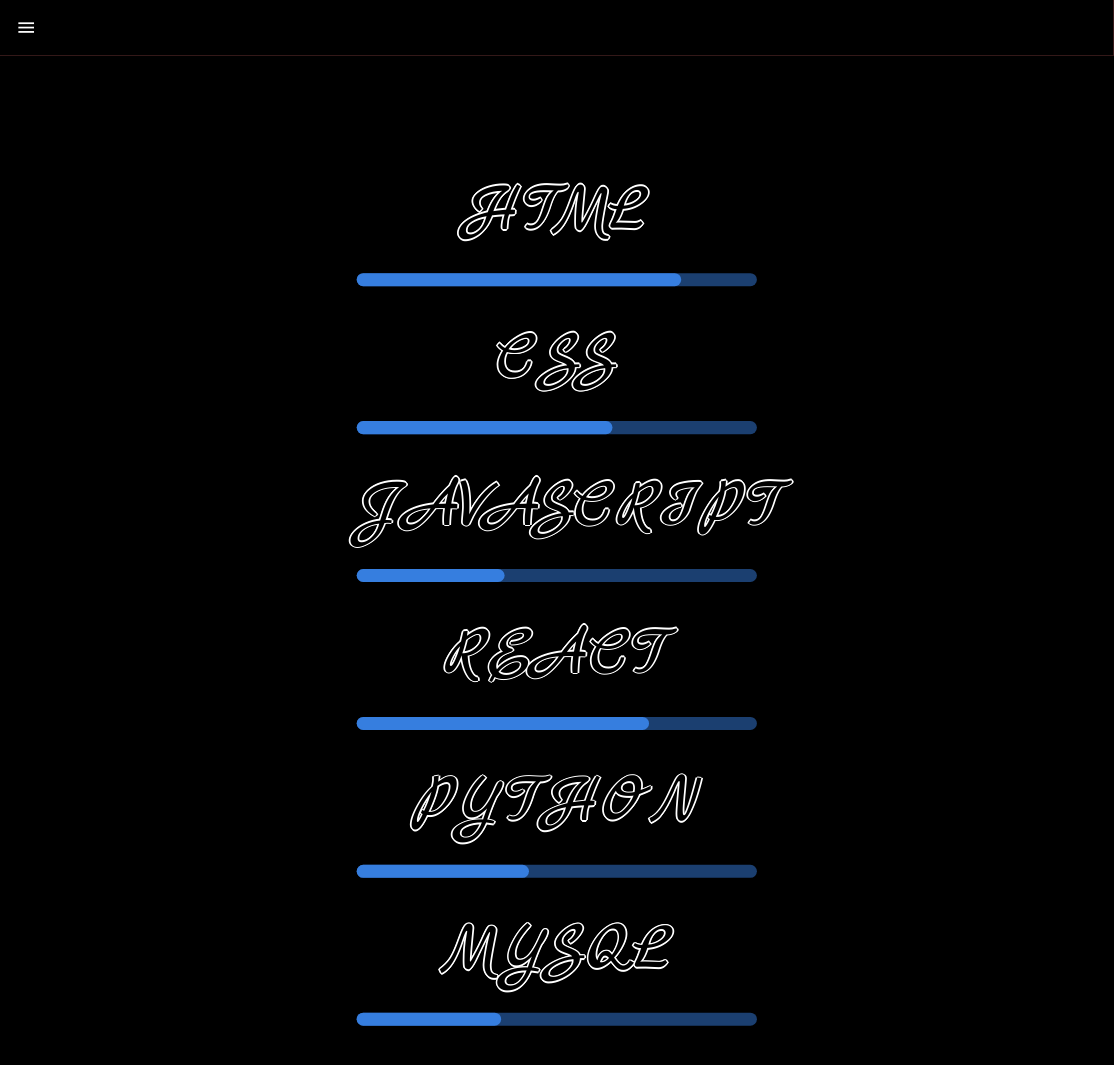
Repository: Ajtheult/portfolio.v3
Page: /skills
These files come from the project's save history. The page is drawn as it stood at one moment and after the next save; the edit follows.
The browser window is 1280 px wide. The pictures show the whole page, at 87% of full size.
Some web fonts or font styles are not loaded; a fallback is used. The project was rebuilt for these pictures with package versions that can differ from the ones it lists, and the page was loaded fresh each time. Also part of the build but not shown: src/components/layout/pages/Home.js, src/components/layout/pages/MyWork.js, src/components/layout/pages/Testimonials.js.

Above is the page before, as saved 2020-07-19 17:41:17.

### public/index.html
<!DOCTYPE html>
<html lang="en">
  <head>
    <meta charset="utf-8" />
    <link rel="icon" href="%PUBLIC_URL%/favicon.ico" />
    <meta name="viewport" content="width=device-width, initial-scale=1" />
    <meta name="theme-color" content="#000000" />
    <meta
      name="description"
      content="Web site created using create-react-app"
    />

    <link rel="manifest" href="%PUBLIC_URL%/manifest.json" />
    <link
      href="https://fonts.googleapis.com/css2?family=Marck+Script&display=swap"
      rel="stylesheet"
    />
    <link
      href="https://fonts.googleapis.com/css2?family=Gruppo&display=swap"
      rel="stylesheet"
    />
    <link rel="manifest" href="%PUBLIC_URL%/manifest.json" />

    <link
      rel="stylesheet"
      href="https://fonts.googleapis.com/icon?family=Material+Icons"
    />

    <link
      rel="stylesheet"
      href="https://use.fontawesome.com/releases/v5.7.2/css/all.css"
      integrity="sha384-fnmOCqbTlWIlj8LyTjo7mOUStjsKC4pOpQbqyi7RrhN7udi9RwhKkMHpvLbHG9Sr"
      crossorigin="anonymous"
    />
    <title>Portfolio.v3</title>
  </head>
  <body>
    <noscript>You need to enable JavaScript to run this app.</noscript>
    <div id="root"></div>
  </body>
</html>

### src/index.js
import React from "react";
import ReactDOM from "react-dom";
import App from "./App";
import "materialize-css/dist/css/materialize.min.css";

ReactDOM.render(
  <React.StrictMode>
    <App />
  </React.StrictMode>,
  document.getElementById("root")
);

### src/App.js
import React from "react";

import { Home } from "./components/layout/pages/Home";
import { Skills } from "./components/layout/pages/Skills";
import { MyWork } from "./components/layout/pages/MyWork";
import { Testimonials } from "./components/layout/pages/Testimonials";
import Navbar from "./components/layout/navbar/Navbar";

import { BrowserRouter as Router, Route, Switch } from "react-router-dom";
import "./App.css";

function App() {
  return (
    <Router>
      <div className="App">
        <Navbar />

        <Switch>
          <Route exact path="/portfolio-v3" component={Home} />
          <Route path="/skills" component={Skills} />
          <Route path="/mywork" component={MyWork} />
          <Route path="/testimonials" component={Testimonials} />
        </Switch>
      </div>
    </Router>
  );
}

export default App;

### src/components/layout/pages/Skills.js
import React from "react";
import "../../../App.css";
export const Skills = () => {
  return (
    <div class="containing_skills">
      <ul>
        <li className="html skills_li skills_text">HTML</li>
        <li className="css skills_li skills_text">CSS</li>
        <li className="js skills_li skills_text">JavaScript</li>
        <li className="react skills_li skills_text">React</li>
        <li className="py skills_li skills_text">Python</li>
        <li className="sql skills_li skills_text">mySQL</li>
      </ul>
    </div>
  );
};

### src/components/layout/navbar/Navbar.js
/* eslint-disable no-unused-vars */
import React, { Component } from "react";
import M from "materialize-css/dist/js/materialize.min.js";
import me from "./me.jpg";
import music from "./music.jpg";
import "../../../App.css";
import { Link } from "react-router-dom";

export class Navbar extends Component {
  componentDidMount() {
    document.addEventListener("DOMContentLoaded", function () {
      var elems = document.querySelectorAll(".sidenav");
      var instances = M.Sidenav.init(elems, {});
    });
  }

  render() {
    return (
      <div>
        <nav>
          <div className="nav-wrapper colour">
            <a
              href="#home"
              data-target="slide-out"
              className="sidenav-trigger show-on-large"
            >
              <i className="material-icons">menu</i>
            </a>
          </div>
        </nav>

        <ul id="slide-out" className="sidenav">
          <li>
            <div className="user-view">
              <div className="background">
                <img className="background_img" src={music} alt="img" />
              </div>

              <img className="circle" src={me} alt="img of me" />

              <span className="black-text name move_me">Asaph Franks</span>

              <span className="black-text email  move_me">
                Asaphfranksboi@gmail.com
              </span>
            </div>
            {/* Change font so that the name can be better read */}
          </li>
          <Link to="/portfolio-v3">
            <br />
            <li className="colour_of_nav">Home</li>
          </Link>{" "}
          <br />
          <Link to="/skills">
            <li className="colour_of_nav">Skills</li>
          </Link>
          <br />
          <Link to="/mywork">
            <li className="colour_of_nav">Work</li>
          </Link>
          <br />
          <Link to="/testimonials">
            <li className="colour_of_nav">Testimonials</li>
          </Link>
        </ul>
      </div>
    );
  }
}

export default Navbar;

### src/App.css
.App {
  text-align: center;
}

body {
  background-color: black;
  color: white;
}
.background_img {
  width: 100%;
  height: 100%;
}

.move_me {
  text-align: left;
}

.colour {
  background-color: black;
}

img.bg {
  /* Set rules to fill background */
  min-height: 100%;
  min-width: 1024px;

  /* Set up proportionate scaling */
  width: 100%;
  height: auto;

  /* Set up positioning */
  position: fixed;
  top: 0;
  left: 0;
  z-index: -1;
}

div.admin-bg {
  /* Set up positioning */
  position: fixed;
  top: 0;
  left: 0;
  z-index: -1;
  background-color: black;
}

@media screen and (max-width: 1024px) {
  /* Specific to this particular image */
  img.bg {
    left: 50%;
    margin-left: -512px; /* 50% */
  }
}

.intro_name_top {
  font-family: "Marck Script", cursive;
  font-size: 130px;
  color: black;
  text-shadow: 2px 0 0 #fff, -2px 0 0 #fff, 0 2px 0 #fff, 0 -2px 0 #fff,
    1px 1px #fff, -1px -1px 0 #fff, 1px -1px 0 #fff, -1px 1px 0 #fff;
}
.testimonial_title {
  font-family: "Marck Script", cursive;
  color: black;
  font-size: 80px;
  text-shadow: 2px 0 0 #fff, -2px 0 0 #fff, 0 2px 0 #fff, 0 -2px 0 #fff,
    1px 1px #fff, -1px -1px 0 #fff, 1px -1px 0 #fff, -1px 1px 0 #fff;
}

.intro_name_bottom {
  font-size: 60px;
  color: #000000;
  font-weight: bold;
  text-shadow: 2px 0 0 #fff, -2px 0 0 #fff, 0 2px 0 #fff, 0 -2px 0 #fff,
    1px 1px #fff, -1px -1px 0 #fff, 1px -1px 0 #fff, -1px 1px 0 #fff;
  font-family: "Gruppo", cursive;
}

.logos {
  text-align: left;
  font-size: 30px;
}

.contact-title {
  margin-top: -5px;
  font-family: "Marck Script", cursive;
  font-size: 90px;
  color: black;
  text-shadow: 2px 0 0 #fff, -2px 0 0 #fff, 0 2px 0 #fff, 0 -2px 0 #fff,
    1px 1px #fff, -1px -1px 0 #fff, 1px -1px 0 #fff, -1px 1px 0 #fff;
}

.about-title {
  margin-top: 1px;
  font-family: "Marck Script", cursive;
  font-size: 80px;
  color: black;
  text-shadow: 2px 0 0 #fff, -2px 0 0 #fff, 0 2px 0 #fff, 0 -2px 0 #fff,
    1px 1px #fff, -1px -1px 0 #fff, 1px -1px 0 #fff, -1px 1px 0 #fff;
}

.student_bio {
  margin-top: 2%;
  font-size: 23px;
}

.big_frontend {
  font-size: 40px;
  font-family: "Gruppo", cursive;
}

.move_the_name {
  margin-top: -12px;
  font-size: 20px;
  font-weight: bold;
}

.enlarge_paragraph {
  font-size: 22px;
  font-family: "Times New Roman", Times, serif;
}

.my_info {
  font-size: 30px;
  text-align: left;
  font-family: "Gruppo", cursive;
}

.my_info_2 {
  font-size: 20px;
  text-align: left;
  line-height: 8px;
  font-family: "Times New Roman", Times, serif;
}

.my_info_3 {
  font-size: 25px;
  text-align: left;
  line-height: 8px;
  font-family: "Times New Roman", Times, serif;
}

.black_text {
  color: black;
}

.passion_heading {
  text-align: center;
  font-family: "Marck Script", cursive;
  font-size: 45px;
}

.passion_content {
  font-family: "Gruppo", cursive;
  font-weight: bold;
  line-height: 25px;
}

.margin_on_top {
  margin-top: 1px;
  font-size: 20px;
  font-family: "Marck Script", cursive;
  font-weight: bold;
}

.my_work_desc {
  font-size: 20px;
  font-family: "Times New Roman", Times, serif;
}

.my_work_title {
  font-family: "Gruppo", cursive;
  color: black;
  font-size: 30px;
  text-shadow: 2px 0 0 rgb(0, 0, 0), -2px 0 0 rgb(0, 0, 0), 0 2px 0 #fff,
    0 -2px 0 #fff, 1px 1px #fff, -1px -1px 0 #fff, 1px -1px 0 #fff,
    -1px 1px 0 #fff;
}

.link-size {
  font-size: 40px;
  margin-top: -40px;
  padding: 1%;
  text-align: left;
  margin-left: 60px;
  font-family: "Gruppo", cursive;
  color: blue;
}

.button_margin {
  margin-top: 5px;
}

.work_title {
  font-family: "Marck Script", cursive;
  color: black;
  font-size: 50px;
  text-shadow: 2px 0 0 #fff, -2px 0 0 #fff, 0 2px 0 #fff, 0 -2px 0 #fff,
    1px 1px #fff, -1px -1px 0 #fff, 1px -1px 0 #fff, -1px 1px 0 #fff;
}

.colour_of_nav {
  color: black;
  margin-top: -30px;
}

.style_for_landingpage {
  margin-left: 15.5%;
  margin-top: 6%;
  position: absolute;
  padding: 50px;
  width: 70%;
  transform: "translate(-50%, -50%)";
}

.containing_skills {
  width: 500px;
  margin: 50px auto 0;
  padding: 20px;
}

.skills_li {
  position: relative;
  list-style: none;
  margin: 50px 0;
  font-weight: 500;
  text-transform: uppercase;
}

.skills_li:before {
  content: "";
  position: absolute;
  top: calc(100% + 10px);
  left: 0;
  width: 100%;
  height: 15px;
  background-color: rgba(54, 126, 223, 0.5);
  border-radius: 1000px;
}

.skills_li:after {
  content: "";
  position: absolute;
  top: calc(100% + 10px);
  left: 0;
  width: 0;
  height: 15px;
  background-color: rgba(54, 126, 223, 1);
  border-radius: 1000px;
  animation-duration: 0.7s;
  animation-timing-function: ease;
  animation-fill-mode: forwards;
}

.html:after {
  animation-name: html;
}

@keyframes html {
  to {
    width: 81%;
  }
}

.css:after {
  animation-name: css;
}

@keyframes css {
  to {
    width: 64%;
  }
}

.js:after {
  animation-name: js;
}

@keyframes js {
  to {
    width: 37%;
  }
}

.py:after {
  animation-name: py;
}

@keyframes py {
  to {
    width: 43%;
  }
}

.sql:after {
  animation-name: sql;
}

@keyframes sql {
  to {
    width: 36%;
  }
}

.react:after {
  animation-name: react;
}

@keyframes react {
  to {
    width: 73%;
  }
}

.skills_text {
  font-family: "Marck Script", cursive;
  color: black;
  font-size: 80px;
  text-shadow: 2px 0 0 #fff, -2px 0 0 #fff, 0 2px 0 #fff, 0 -2px 0 #fff,
    1px 1px #fff, -1px -1px 0 #fff, 1px -1px 0 #fff, -1px 1px 0 #fff;
}

After the next save:
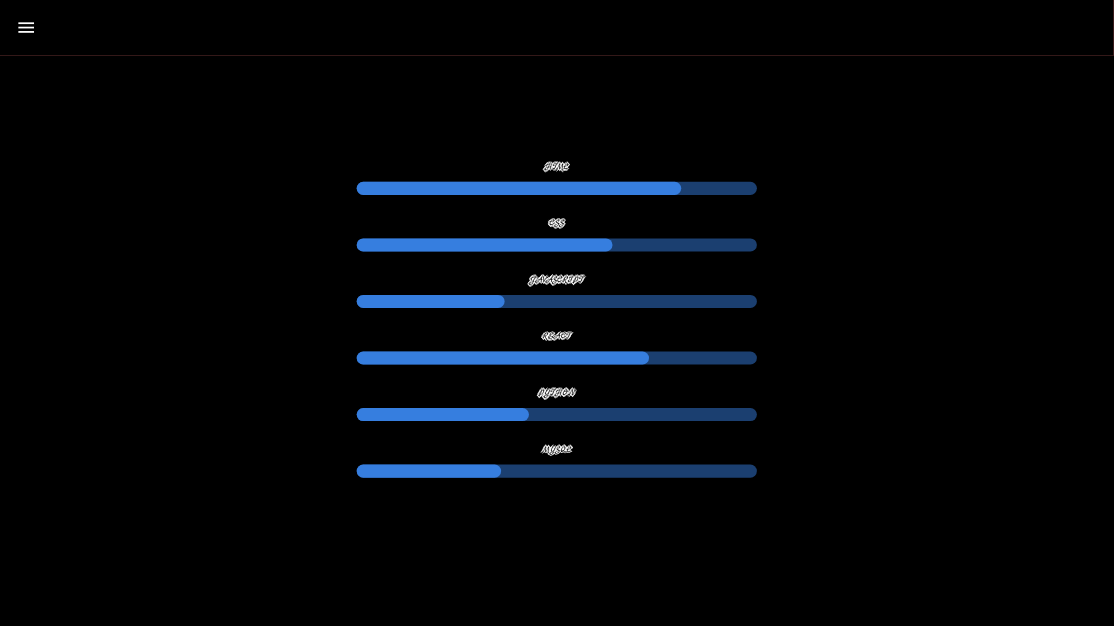
Saved 14 s later.
--- a/src/App.css
+++ b/src/App.css
@@ -315,7 +315,7 @@
 .skills_text {
   font-family: "Marck Script", cursive;
   color: black;
-  font-size: 80px;
-  text-shadow: 2px 0 0 #fff, -2px 0 0 #fff, 0 2px 0 #fff, 0 -2px 0 #fff,
-    1px 1px #fff, -1px -1px 0 #fff, 1px -1px 0 #fff, -1px 1px 0 #fff;
-}
+  font-size: 10px;
+  text-shadow: 2px 0 0 #fff, -2px 0 0 #fff, 0 2px 0 #fff, 0 -2px 0 #fff,
+    1px 1px #fff, -1px -1px 0 #fff, 1px -1px 0 #fff, -1px 1px 0 #fff;
+}
